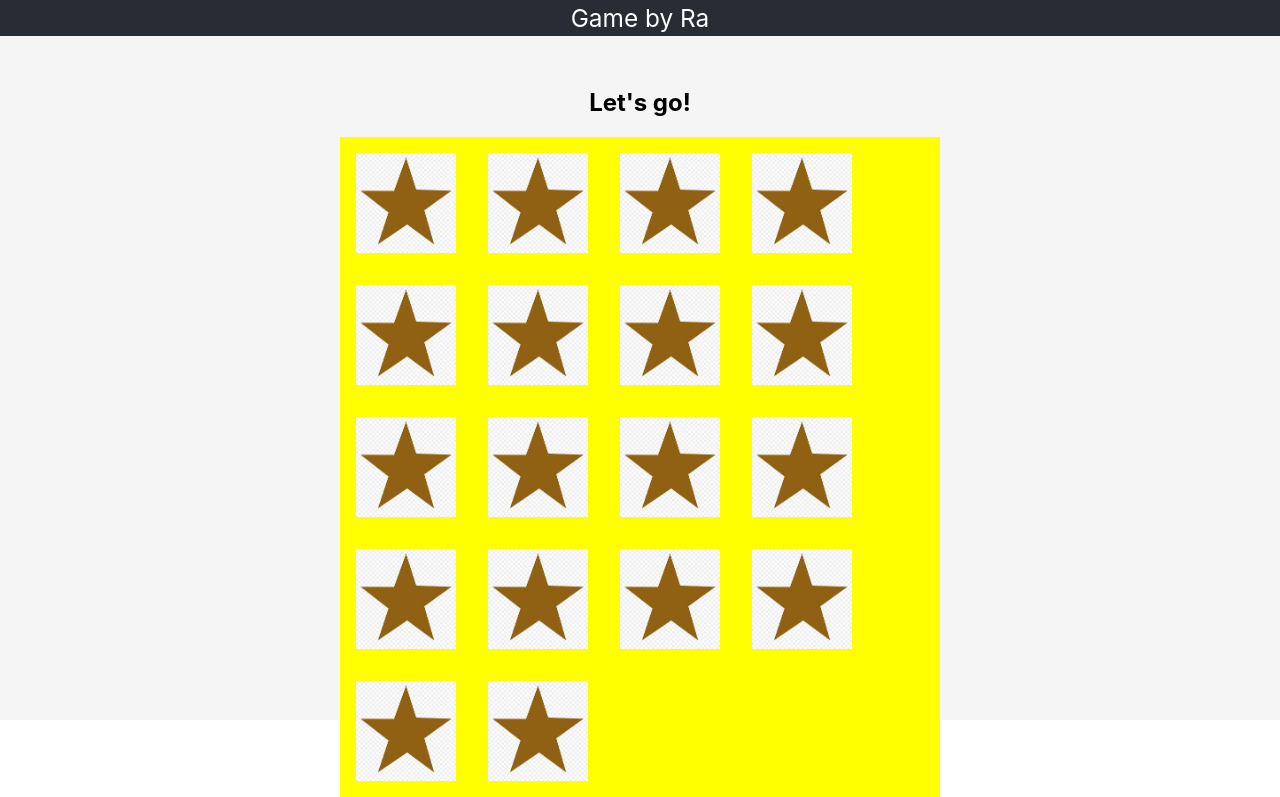
Repository: Sergioramasano/ramos-game
Page: /
These files come from the project's save history. The page is drawn as it stood at one moment and after the next save; the edit follows.
The browser window is 1280 px wide. The pictures show the whole page.
The project was rebuilt for these pictures with package versions that can differ from the ones it lists, and the page was loaded fresh each time.

Above is the page before, as saved 2021-02-11 15:01:11.

### public/index.html
<!DOCTYPE html>
<html lang="en">
  <head>
    <meta charset="utf-8" />
    <link rel="icon" href="%PUBLIC_URL%/favicon.ico" />
    <meta name="viewport" content="width=device-width, initial-scale=1" />
    <meta name="theme-color" content="#000000" />
    <meta
      name="description"
      content="Web site created using create-react-app"
    />
    <link rel="apple-touch-icon" href="%PUBLIC_URL%/logo192.png" />
    <link rel="manifest" href="%PUBLIC_URL%/manifest.json" />
    <title>Game by Ra</title>
  </head>
  <body>
    <noscript>You need to enable JavaScript to run this app.</noscript>
    <div id="root"></div>
  </body>
</html>

### src/App.js
import "./App.css";
import GameBox from "./components/GameBox/GameBox";

const App = () => {
  return (
    <div className="App">
      <header className="App-header">Game by Ra</header>
      <GameBox></GameBox>
    </div>
  );
};

export default App;

### src/App.css
.App {
  text-align: center;
}

.App-header {
  background-color: #282c34;
  height: 5vh;
  display: flex;
  flex-direction: column;
  align-items: center;
  justify-content: center;
  font-size: calc(10px + 2vmin);
  color: white;
}

### src/components/GameBox/GameBox.js
import React from "react";
import styles from "./Gamebox.module.css";
import age from "../../images/age.jpeg";
import av from "../../images/av.jpeg";
import hq from "../../images/hq.png";
import hs from "../../images/hs.png";
import jq from "../../images/jq.jpg";
import lk from "../../images/lk.jpg";
import sm from "../../images/sm.jpg";
import smm from "../../images/smm.png";
import knight from "../../images/knight.png";
import star from "../../images/star.jpeg";

const GameBox = () => {
  // const [count, setCount] = useState(0);
  let urls = [age, av, hq, hs, jq, lk, sm, smm, knight];
  urls = [...urls, ...urls];
  return (
    <main className={styles.gamebox}>
      <h2>Let's go!</h2>
      <section className={styles.wrap}>
        {urls.map((url) => {
          if (true) url = star;
          return (
            <div className={styles.card} key={Math.random()}>
              <img src={url} alt=""></img>{" "}
            </div>
          );
        })}
      </section>
    </main>
  );
};

export default GameBox;

### src/components/GameBox/Gamebox.module.css
.gamebox {
  height: 95vh;
  background-color: whitesmoke;
  padding: 2rem;
  box-sizing: border-box;
}

.wrap {
  margin: auto auto;
  max-width: 600px;
  height: auto;
  background-color: yellow;
  width: 100%;
  min-height: 300px;
  display: flex;
  flex-direction: row;
  justify-content: flex-start;
  flex-wrap: wrap;
}

.card {
  display: block;
  width: 100px;
  height: 100px;
  margin: 1rem;
}

.card img {
  display: block;
  width: 100%;
  height: 100%;
}

Loaded but not shown: src/index.js (common file); src/index.css (common file)

After the next save:
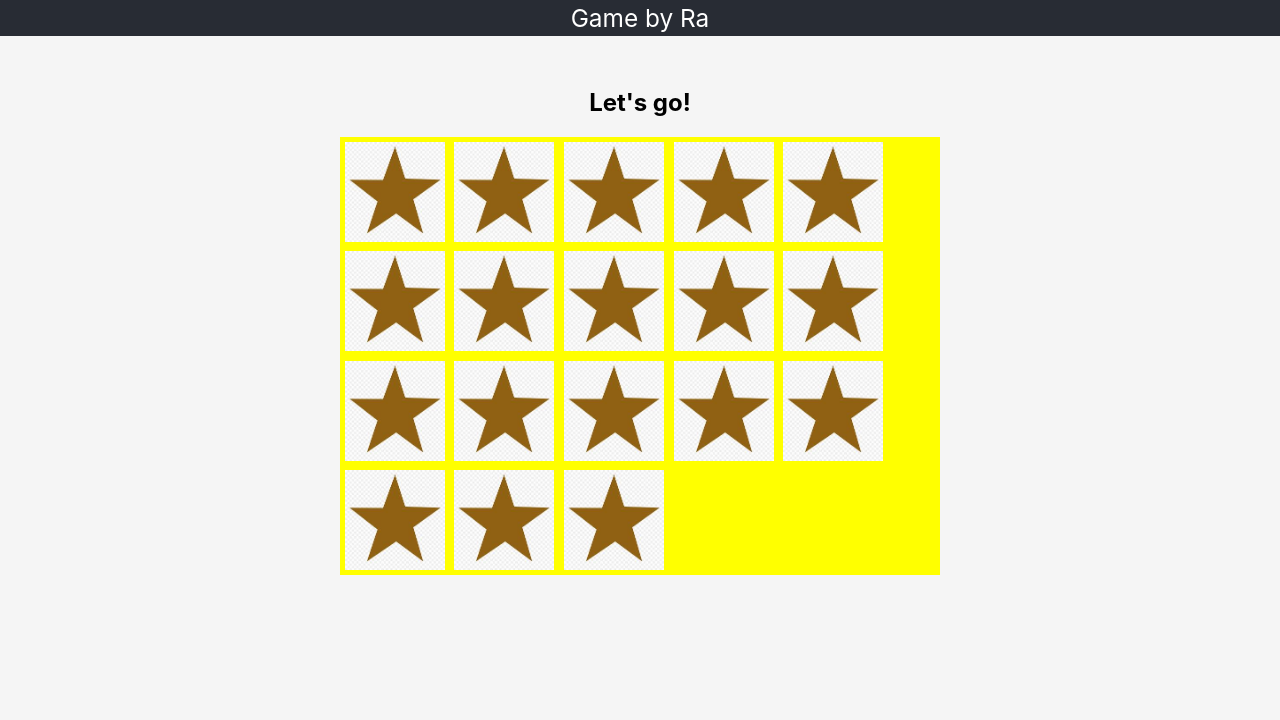
Saved 5 s later.
--- a/src/components/GameBox/Gamebox.module.css
+++ b/src/components/GameBox/Gamebox.module.css
@@ -22,7 +22,7 @@
   display: block;
   width: 100px;
   height: 100px;
-  margin: 1rem;
+  margin: 0.3rem;
 }
 
 .card img {
